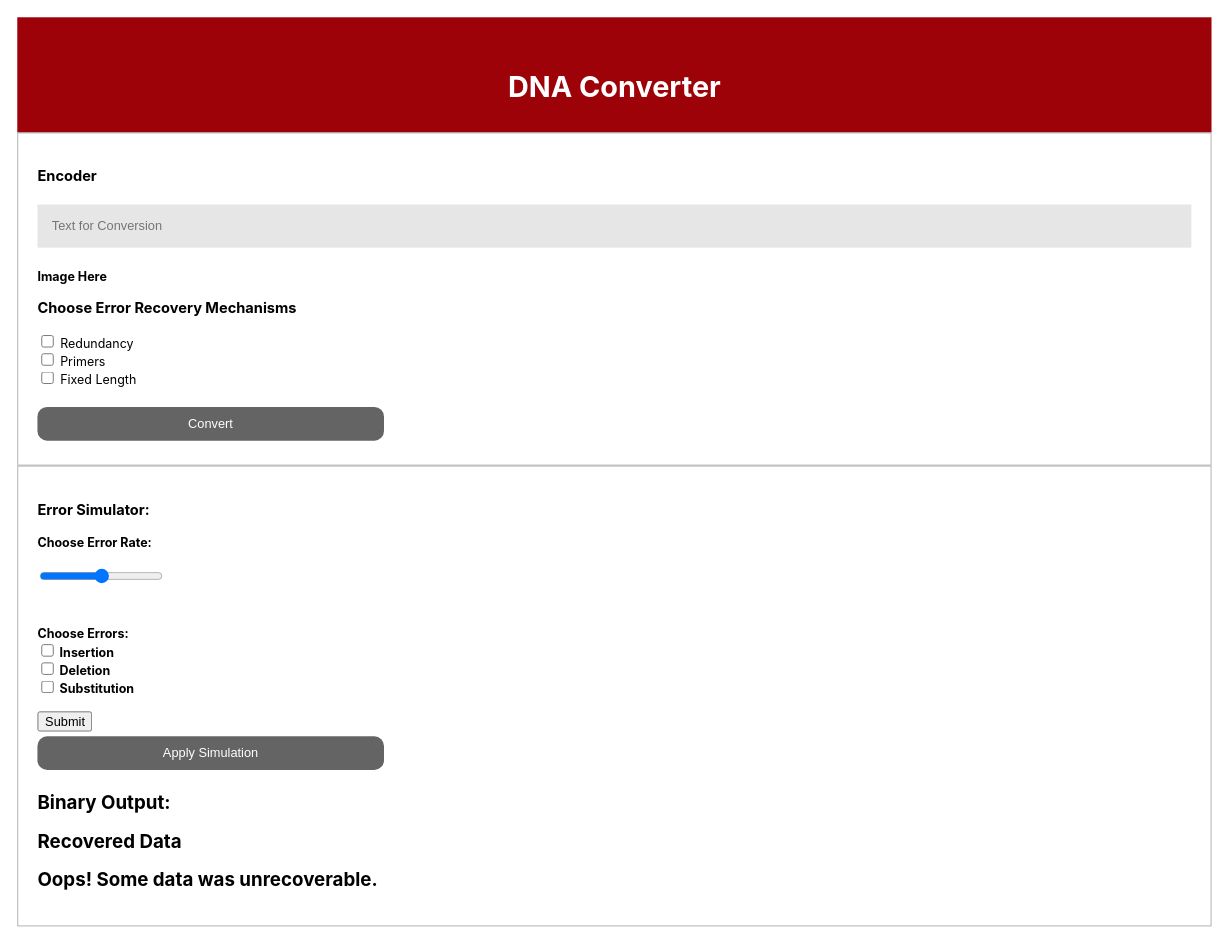
Repository: komalharjani/MSc-Thesis-DNA-Storage
Page: index.html
An editor plug-in stored every save of this project. The page is shown before and after the next save, followed by the edit.
The browser window is 1280 px wide. The pictures show the whole page, at 96% of full size.

Above is the page before, as saved 2020-08-16 22:09:13.

After the next save:
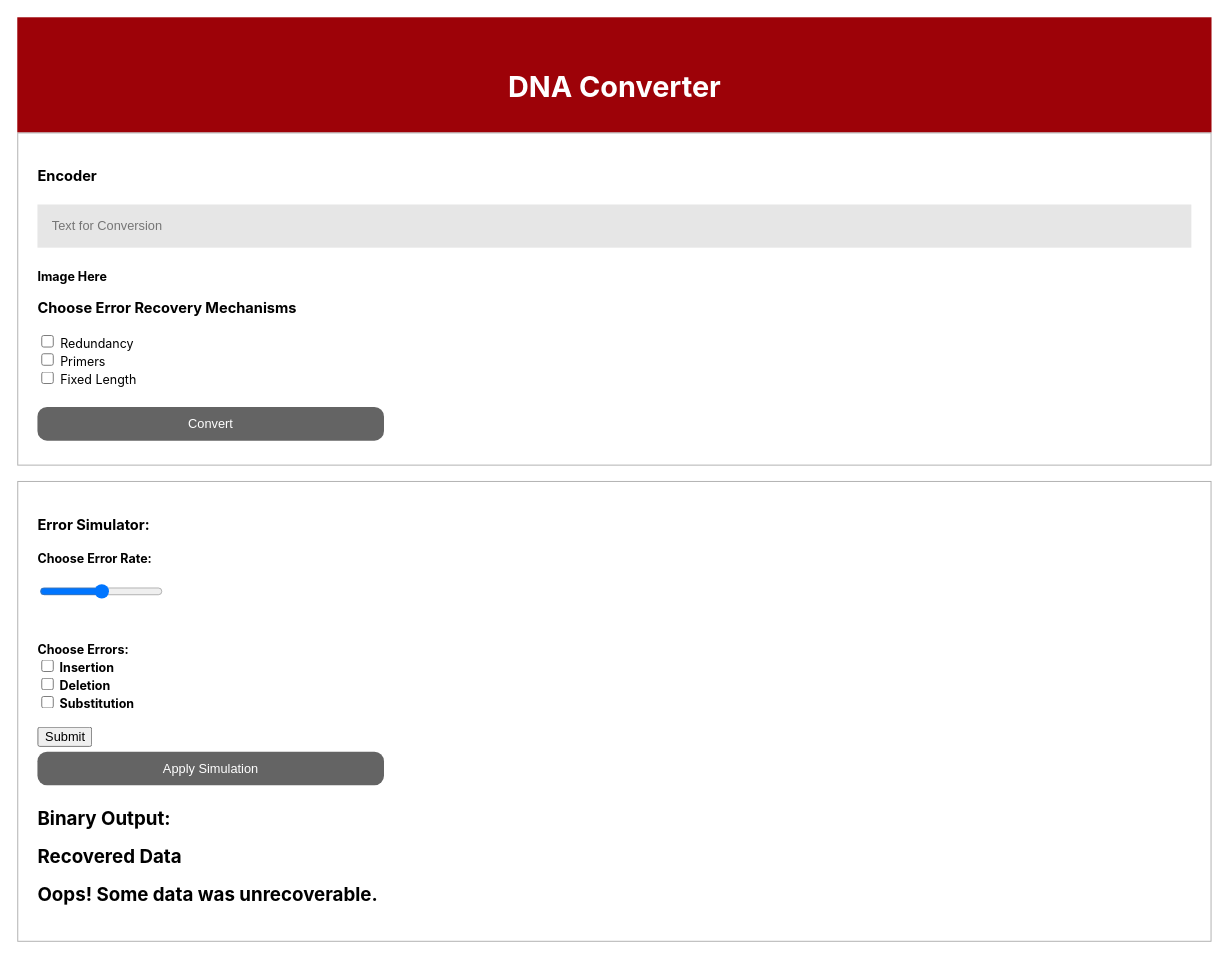
Saved 5 s later.
--- a/index.html
+++ b/index.html
@@ -28,9 +28,8 @@
                 <label for="vehicle3"> Fixed Length</label><br><br>
             </form>
             <button onclick="onSubmit()" id="submit">Convert</button>
-        </div>
+        </div><br>
         <div class="loginContainer">
-
             <h3>Error Simulator:</h3>
             <h4>Choose Error Rate:</h4>
             <input type="range" name="rangeInput" min="0" max="10" onchange="updateTextInput(this.value);">
